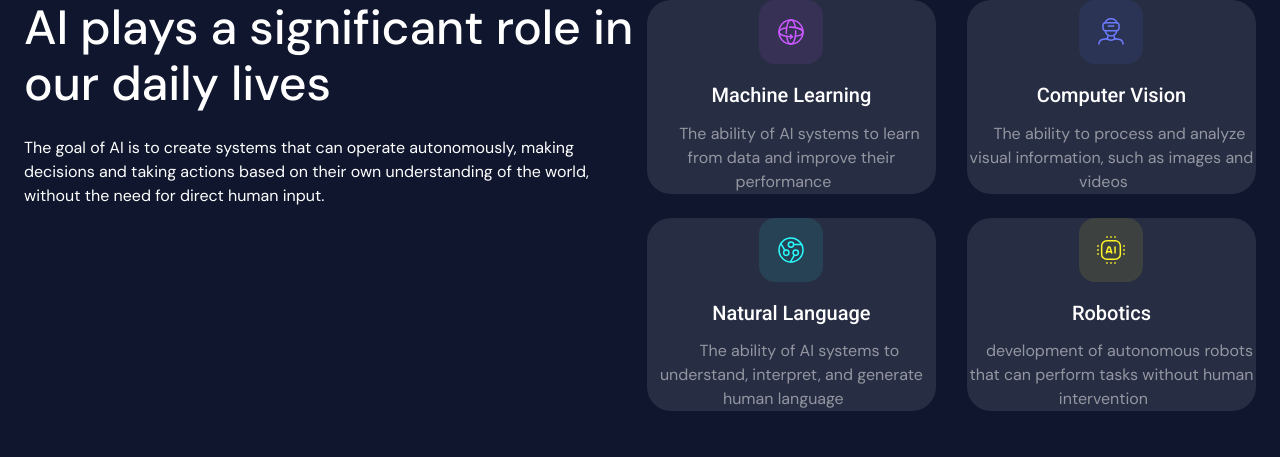
Repository: alphatra/INVO-Academy
Page: / (app in [lvl 1] Sekcja 4 obszarów AI/Starter-code/)
The author's editor kept a copy of each file at every save. The page is drawn from the files as they stood at one save, then again after the next save.
The browser window is 1280 px wide. The pictures show the whole page.
The project was rebuilt for these pictures with package versions that can differ from the ones it lists, and the page was loaded fresh each time.

Above is the page before, as saved 2023-02-24 13:16:18.
Console error: TypeError: Cannot read properties of null (reading 'addEventListener')

### [lvl 1] Sekcja 4 obszarów AI/Starter-code/index.html
<!DOCTYPE html>
<html lang="en">

<head>
  <meta charset="UTF-8" />
  <link rel="icon" type="image/svg+xml" href="/vite.svg" />
  <meta name="viewport" content="width=device-width, initial-scale=1.0" />
  <title>INVO Academy JS Starter with Vite</title>
</head>

<!-- In order to start your challenge, remove all the content inside <div id="home-page"></div> and start coding :) -->

<body>
  <main>
    <section class="header">
      <div class="header__text">
        <h1>AI plays a significant role in our daily lives</h1>
        <span>The goal of AI is to create systems that can operate
          autonomously, making decisions and taking actions based on
          their own understanding of the world, without the need for direct human input.</span>
      </div>
    </section>

    <section class="categories">

      <div class="categories__category">
        <div class="categories__image">
          <img src="/public/images/ML.svg" alt="Machine Learning">
        </div>
        <h4>Machine Learning</h4>
        <span>The ability of AI systems to learn from data and improve their performance</span>
      </div>
      <div class="categories__category">
        <div class="categories__image">
          <img src="/public/images/CV.svg" alt="Computer Vision">
        </div>
        <h4>Computer Vision</h4>
        <span>The ability to process and analyze visual information, such as images and videos</span>
      </div>
      <div class="categories__category">
        <div class="categories__image">
          <img src="/public/images/NL.svg" alt="Natural Language">
        </div>
        <h4>Natural Language</h4>
        <span> The ability of AI systems to understand, interpret, and generate human language</span>
      </div>
      <div class="categories__category">
        <div class="categories__image">
          <img src="/public/images/AI.svg" alt="Robotics">
        </div>
        <h4>Robotics</h4>
        <span>development of autonomous robots that can perform tasks without human intervention</span>
      </div>
    </section>
  </main>


  <script type="module" src="/src/global-scripts/main.js"></script>
  <script type="module" src="/src/pages/home-page/scripts/home-page.js"></script>
</body>

</html>

### [lvl 1] Sekcja 4 obszarów AI/Starter-code/src/pages/home-page/scripts/home-page.js
/// Homepage JavaScript File
/// Here we import all the JavaScript files we need for our homepage.

import '../styles/home-page.scss'

import { setupCounter } from '../../../global-scripts/scripts/counter/counter.js'

setupCounter(document.querySelector('#counter'))

### [lvl 1] Sekcja 4 obszarów AI/Starter-code/src/global-styles/style.scss
/// Main Styles File
/// Here we import all the global Styles files we need for our project.

@import "styles/normalize.scss";
@import "styles/root.scss";
@import "styles/fonts.scss";

body {
  font-family: 'Roboto', sans-serif;
  color: var(--color-primary);
}

p {
  color: var(--color-on-surface);
}

### [lvl 1] Sekcja 4 obszarów AI/Starter-code/src/pages/home-page/styles/home-page.scss
    /// Homepage Styles File
    /// Here we import all the Styles files we need for our Homepage.

    body {
        background-color: #0F162D;
    }

    h1,
    p,
    span {
        font-family: 'DM Sans', sans-serif;
        color: white;
    }

    main {
        padding: 0 24px;
        display: flex;
        align-items: flex-start;

    }

    .header {
        &__text {
            h1 {
                margin-block-start: 0;
                font-size: 48px;
                line-height: 56px;
                font-weight: 500;
                letter-spacing: -0.002em;
                margin-bottom: 24px
            }

            span {
                font-size: 16px;
                line-height: 24px;
                font-weight: 400;
            }

        }
    }

    .categories {
        display: grid;
        grid-template-columns: repeat(2, 1fr) ;
        gap: 24px;
        column-gap: 31px;

        .categories__category {
            background: #272D42;
            border-radius: 24px;
            text-align: center;
            color: white;

            h4 {
                font-size: 20px;
                line-height: 0px;
                font-weight: 500;
            }

            span {
                font-size: 16px;
                line-height: 24px;
                font-weight: 400;
                opacity: 0.5;
                padding-left: 16px;
                padding-right: 16px;
            }
        }
    }

### [lvl 1] Sekcja 4 obszarów AI/Starter-code/src/global-scripts/scripts/counter/counter.js
/// Sample js file for demo purposes
/// Remember to always export your functions
/// so that they can be used in other files

export function setupCounter(element) {
  let counter = 0
  const setCounter = (count) => {
    counter = count
    element.innerHTML = `script test - count is ${counter}`
  }
  element.addEventListener('click', () => setCounter(counter + 1))
  setCounter(0)
}

### [lvl 1] Sekcja 4 obszarów AI/Starter-code/src/global-styles/styles/root.scss
/// Root Styles file
/// Here we define all the root variables we need for our project.
/// For examples see Material Design color system: https://m2.material.io/design/color/the-color-system.html

:root {
    --color-primary: #5721f2;
    --color-on-surface: #000;
}

### [lvl 1] Sekcja 4 obszarów AI/Starter-code/src/global-styles/styles/fonts.scss
/// Main Fonts File
/// Here we import all the fonts files we need for our project.

@import url('https://fonts.googleapis.com/css2?family=Roboto:ital,wght@0,100;0,300;0,400;0,500;0,700;0,900;1,100;1,300;1,400;1,500;1,700;1,900&display=swap');
@import url('https://fonts.googleapis.com/css2?family=DM+Sans:wght@400;500&display=swap');

Loaded but not shown: [lvl 1] Sekcja 4 obszarów AI/Starter-code/src/global-scripts/main.js (common file); [lvl 1] Sekcja 4 obszarów AI/Starter-code/src/global-styles/styles/normalize.scss (common file)

After the next save:
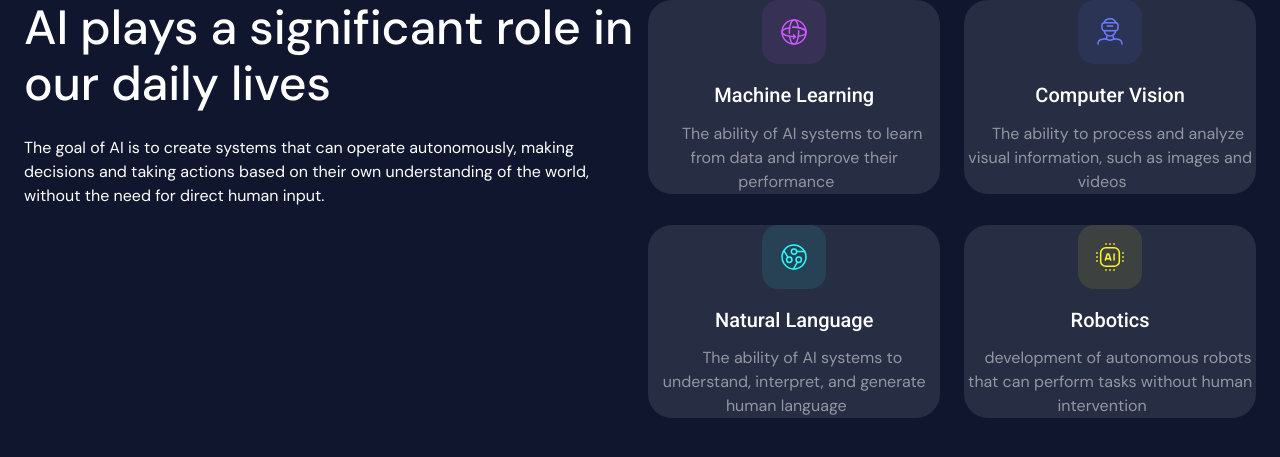
Saved 19 s later.
--- a/[lvl 1] Sekcja 4 obszarów AI/Starter-code/src/pages/home-page/styles/home-page.scss
+++ b/[lvl 1] Sekcja 4 obszarów AI/Starter-code/src/pages/home-page/styles/home-page.scss
@@ -43,7 +43,7 @@
         display: grid;
         grid-template-columns: repeat(2, 1fr) ;
         gap: 24px;
-        column-gap: 31px;
+        row-gap: 31px;
 
         .categories__category {
             background: #272D42;
